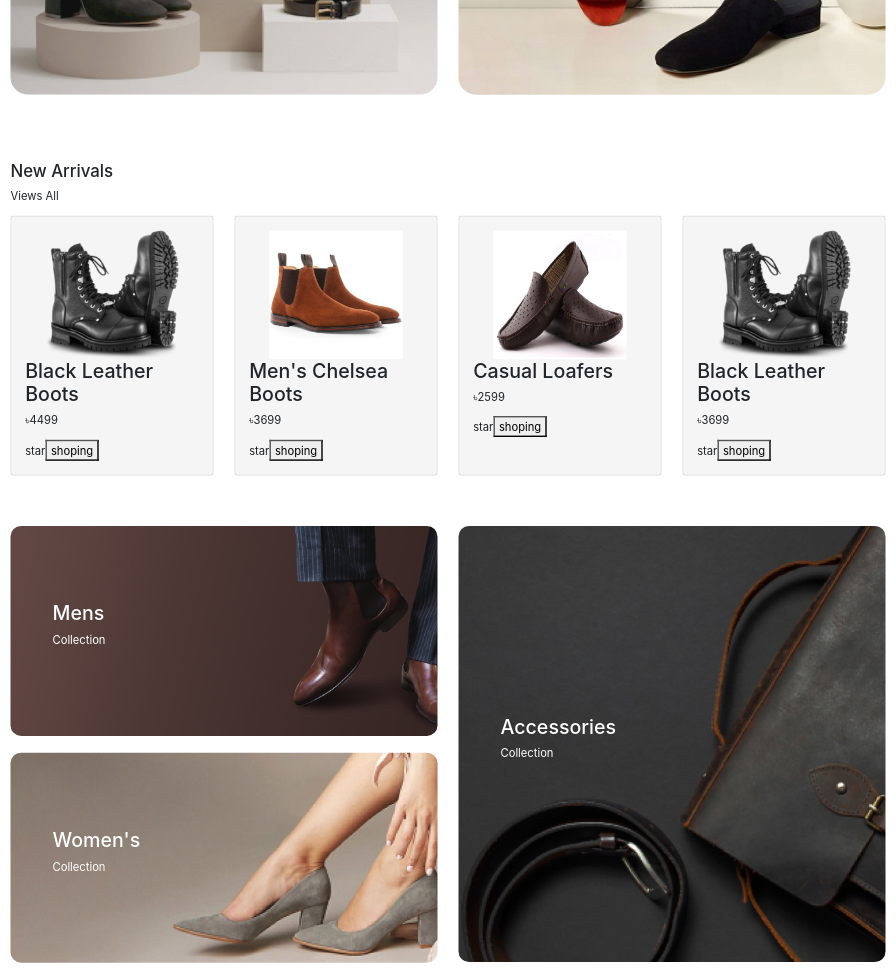
Repository: arif286/fashion-house
Page: /
The author's editor kept a copy of each file at every save. The page is drawn from the files as they stood at one save, then again after the next save.
The browser window is 1280 px wide. The pictures show the part of the page from y = 1625 to 3545 px (the page is 3025 px tall before and 3545 px after), at 70% of full size.
The project was rebuilt for these pictures with package versions that can differ from the ones it lists, and the page was loaded fresh each time. The framework's server and built-in components were replaced by stand-ins that run in the browser. Also part of the build but not shown: nuxt.config.js, components/Contact.vue, components/Footer.vue, components/NuxtLogo.vue, components/Tutorial.vue.

Above is the page before, as saved 2021-07-12 08:29:43.

### components/DisplayCollection.vue
<template>
  <div class="container">
    <div class="row">
      <div class="col-md-6 col-sm-12 col-12">
        <div class="row">
          <div class="col-12 pb-4">
            <div
              class="men-collection all-collection d-flex align-items-center"
            >
              <div class="collection-content">
                <h3>Mens</h3>
                <p>Collection</p>
              </div>
            </div>
          </div>
          <div class="col-12 pb-4">
            <div
              class="women-collection all-collection d-flex align-items-center"
            >
              <div class="collection-content">
                <h3>Women's</h3>
                <p>Collection</p>
              </div>
            </div>
          </div>
        </div>
      </div>
      <div class="col-md-6 col-sm-12 col-12">
        <div class="accessories all-collection d-flex align-items-center">
          <div class="collection-content">
            <h3>Accessories</h3>
            <p>Collection</p>
          </div>
        </div>
      </div>
    </div>
  </div>
</template>

<script></script>

<style>
.men-collection {
  background-image: url('@/assets/Images/mens.png');
  height: 300px;
}
.women-collection {
  background-image: url('@/assets/Images/women.png');
  height: 300px;
}
.accessories {
  background-image: url('@/assets/Images/accessories.png');
  height: 623px;
}
.all-collection {
  background-repeat: no-repeat;
  background-position: bottom;
  background-size: cover;
  border-radius: 15px;
}
.collection-content {
  margin-left: 60px;
}
.collection-content h3 {
  color: white;
  font-weight: 500;
}
.collection-content p {
  color: white;
}
</style>

### components/Nav.vue
<template>
  <nav class="navbar container navbar-expand-lg navbar-light">
    <div class="container-fluid">
      <div class="nav-title">
        <span>leather</span>
        <br />
        <span>brand</span>
      </div>
      <button
        class="navbar-toggler"
        type="button"
        data-bs-toggle="collapse"
        data-bs-target="#navbarSupportedContent"
        aria-controls="navbarSupportedContent"
        aria-expanded="false"
        aria-label="Toggle navigation"
      >
        <span class="navbar-toggler-icon"></span>
      </button>
      <div id="navbarSupportedContent" class="collapse navbar-collapse">
        <div class="d-flex justify-content-center w-100">
          <ul class="navbar-nav mb-2 mb-lg-0">
            <li class="nav-item">
              <a class="nav-link active" aria-current="page" href="#">Men</a>
            </li>
            <li class="nav-item">
              <a class="nav-link active" href="#">Women</a>
            </li>
            <li class="nav-item">
              <a class="nav-link active" href="#"> Accessories </a>
            </li>
            <li class="nav-item">
              <a class="nav-link active" href="#">Blogs</a>
            </li>
          </ul>
        </div>
        <div class="ml-auto">
          <ul class="navbar-nav mb-2 mb-lg-0">
            <li class="nav-item">
              <a class="nav-link active" aria-current="page" href="#">Men</a>
            </li>
            <li class="nav-item">
              <a class="nav-link" href="#">Women</a>
            </li>
            <li class="nav-item">
              <a class="nav-link active" href="#"> Accessories </a>
            </li>
            <li class="nav-item">
              <a class="nav-link active" href="#">Blogs</a>
            </li>
          </ul>
        </div>
      </div>
    </div>
  </nav>
</template>

<script></script>
<style scoped>
.nav-title {
  color: #521010;
  font-weight: 900;
  font-size: 18px;
}
.nav-title:hover {
  color: #521010;
  font-weight: bold;
}
.nav-item a {
  color: #000;
}
</style>

### components/NewCollection.vue
<template>
  <div class="container mb-5">
    <div class="row">
      <div
        v-for="item in collections"
        :key="item.id"
        class="col-md-6 col-12 mb-5"
      >
        <div class="card-content" :class="item.class">
          <div class="card-body product-details">
            <h4>{{ item.title }}</h4>
            <p>{{ item.text }}</p>
            <button>View ALL</button>
          </div>
        </div>
      </div>
    </div>
  </div>
</template>
<script>
export default {
  props: {
    collections: {
      type: Array,
      required: true,
    },
  },
}
</script>
<style>
.newArrival {
  background-image: url('@/assets/Images/newarrivals1.png');
}
.promo {
  background-image: url('@/assets/Images/promo.png');
}
.card-content {
  background-repeat: no-repeat;
  background-size: cover;
  height: 680px;
  border-radius: 25px;
  background-position: bottom;
}
.product-details {
  padding: 70px;
}
.product-details button {
  border-radius: 30px;
  width: 120px;
  padding: 7px 15px;
  border: 1px solid #333333;
  color: #333333;
  background: none;
}
.product-details h4 {
  color: #333333;
  font-weight: 700;
}
.product-details p {
  color: #333333;
}
.newArrival h4 {
  color: white;
}
.newArrival p {
  color: white;
}
.newArrival button {
  border: 1px solid white;
  color: white;
}
</style>

### components/Products.vue
<template>
  <div class="container mb-5">
    <div>
      <h4>{{ title }}</h4>
      <p>Views All</p>
    </div>

    <div class="row">
      <div
        v-for="item in products"
        :key="item.id"
        class="col-12 col-sm-6 col-md-3 mb-4"
      >
        <div class="card h-100">
          <div class="card-body">
            <div class="d-flex justify-content-center">
              <img
                class="product-img"
                :src="require(`@/assets/Images/${item.image}`)"
                alt=""
              />
            </div>
            <h3>{{ item.title }}</h3>
            <p>৳{{ item.price }}</p>
            <div>
              <span>star</span>
              <button>shoping</button>
            </div>
          </div>
        </div>
      </div>
    </div>
  </div>
</template>
<script>
export default {
  props: {
    products: {
      type: Array,
      required: true,
    },
    title: {
      type: String,
      required: true,
    },
  },
}
</script>

<style scoped>
.product-img {
  width: 190px;
  height: 184px;
}
.card {
  background-color: #f5f5f5;
}
</style>

### components/Service.vue
<template>
  <div class="container mb-5">
    <div class="row">
      <div
        v-for="service in services"
        :key="service.id"
        class="col-md-4 col-12 mb-5"
      >
        <div class="d-flex justify-content-center">
          <div class="service-box text-center">
            <img :src="require(`@/assets/Images/${service.image}`)" alt="" />
            <h5>{{ service.title }}</h5>
            <p>{{ service.text }}</p>
          </div>
        </div>
      </div>
    </div>
  </div>
</template>

<script>
export default {
  props: {
    services: { type: Array, required: true },
  },
}
</script>
<style>
.service-box {
  width: 250px;
}
</style>

### components/Slider.vue
<template>
  <div class="container mb-5">
    <div
      id="carouselExampleIndicators"
      class="carousel slide"
      data-bs-ride="carousel"
    >
      <div class="carousel-indicators">
        <button
          type="button"
          data-bs-target="#carouselExampleIndicators"
          data-bs-slide-to="0"
          class="active"
          aria-current="true"
          aria-label="Slide 1"
        ></button>
        <button
          type="button"
          data-bs-target="#carouselExampleIndicators"
          data-bs-slide-to="1"
          aria-label="Slide 2"
        ></button>
      </div>
      <div class="carousel-inner">
        <div class="carousel-item active d-flex align-items-center">
          <div class="slider-content">
            <p>20+ Design Variations</p>
            <h1>
              Premium
              <br />
              Oxford Collection
            </h1>
            <button>View All</button>
          </div>
        </div>
        <div class="carousel-item">
          <div class="slider-content">
            <p>20+ Design Variations</p>
            <h1>
              Premium
              <br />
              Oxford Collection
            </h1>
            <button>View All</button>
          </div>
        </div>
      </div>
    </div>
  </div>
</template>

<script></script>
<style>
.carousel-item {
  background-image: url('@/assets/Images/hero1.png');
  background-repeat: no-repeat;
  width: 100%;
  background-size: cover;
  height: 687px;
  border-radius: 30px;
}
.slider-content {
  margin-left: 80px;
}
.slider-content h1 {
  color: #333333;
  font-weight: 700;
}
.slider-content button {
  border-radius: 30px;
  width: 120px;
  padding: 7px 15px;
  border-color: #521010;
  color: #521010;
}
</style>

### pages/index.vue
<template>
  <div>
    <Nav />
    <Slider />
    <Service :services="serviceData" />
    <NewCollection :collections="collections" />
    <Products title="New Arrivals" :products="products" />
    <DisplayCollection />
  </div>
</template>

<script>
import { serviceData, newCollectionData, productsData } from '@/assets/data.js'
export default {
  data() {
    return {
      serviceData,
      collections: newCollectionData,
      products: productsData,
    }
  },
}
</script>
<style>
@import url('https://fonts.googleapis.com/css2?family=Roboto:ital,wght@0,100;0,300;0,400;0,500;0,700;0,900;1,100;1,300;1,400;1,500;1,700;1,900&display=swap');

.body {
  font-family: 'Roboto', sans-serif;
}
.container {
  max-width: 1880px;
}
</style>

### assets/data.js
export const serviceData = [
  {
    id: 1,
    image: 'delivery.svg',
    title: 'Countrywide Shipping',
    text: 'Lorem ipsum dolor sit amet, consectetur adipiscing elit. Ac fermentum eu.',
  },
  {
    id: 2,
    image: 'call-center.svg',
    title: 'Premium Support',
    text: 'Lorem ipsum dolor sit amet, consectetur adipiscing elit. Ac fermentum eu.',
  },
  {
    id: 3,
    image: 'return.svg',
    title: '29 Days Return',
    text: 'Lorem ipsum dolor sit amet, consectetur adipiscing elit. Ac fermentum eu.'
  }
]

export const newCollectionData = [
  {
    id: 2,
    class: 'newArrival',
    title: 'Black Leather Combo!',
    text: 'Lorem ipsum dolor sit amet, consectetur adipiscing elit. Ac fermentum eu.',
  },
  {
    id: 3,
    class: 'promo',
    title: 'Black Leather Combo!',
    text: 'Lorem ipsum dolor sit amet, consectetur adipiscing elit. Ac fermentum eu.',
  }
]

export const productsData = [
  {
    id: 1,
    image: 'boot.png',
    title: 'Black Leather Boots',
    price: 4499,
    rating: 4,
  },
  {
    id: 2,
    image: 'image1.png',
    title: "Men's Chelsea Boots",
    price: 3699,
    rating: 3,
  },
  {
    id: 3,
    image: 'image2.png',
    title: 'Casual Loafers',
    price: 2599,
    rating: 4,
  },
  {
    id: 4,
    image: 'boot.png',
    title: 'Black Leather Boots',
    price: 3699,
    rating: 5,
  },
]

After the next save:
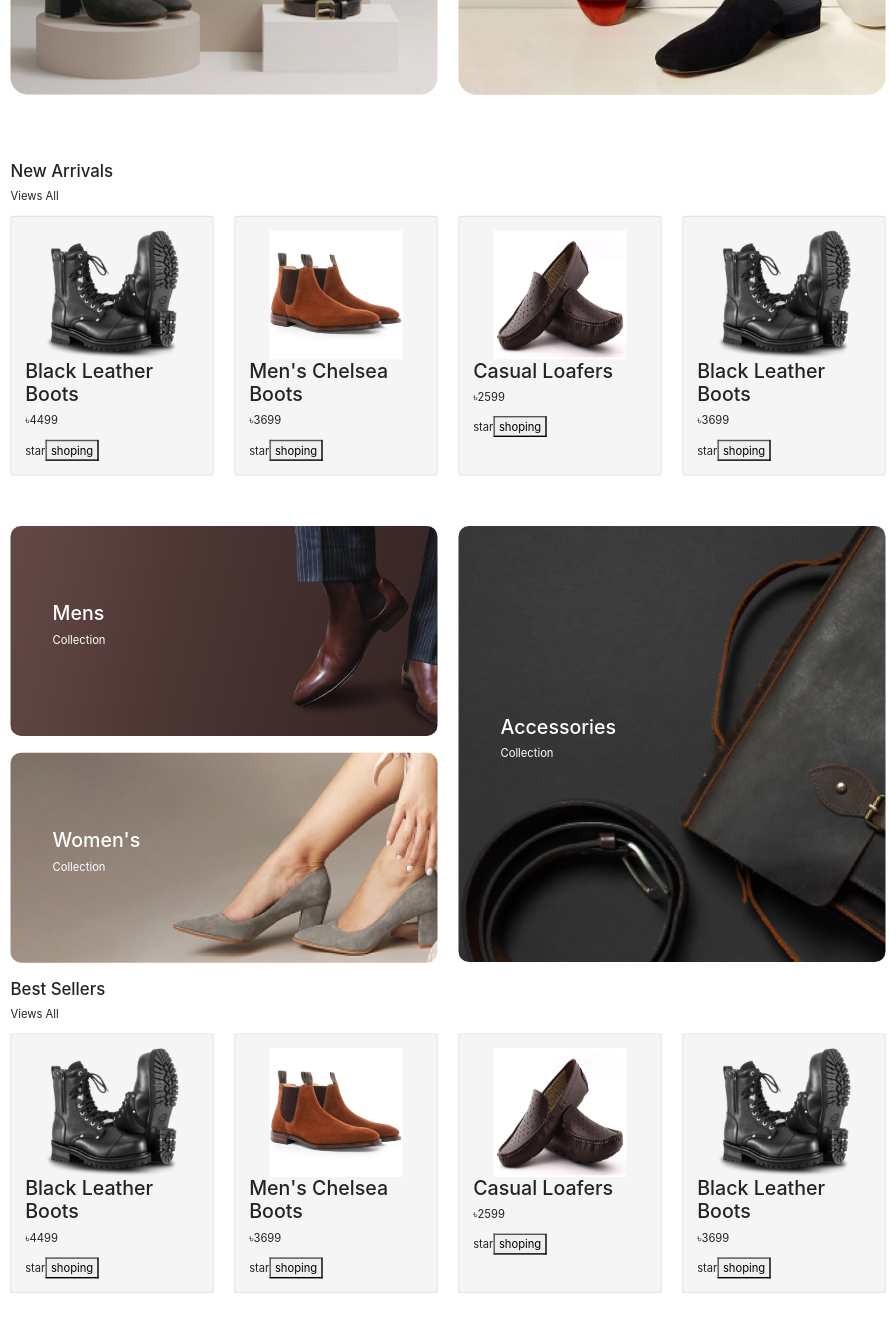
Saved 60 s later.
--- a/pages/index.vue
+++ b/pages/index.vue
@@ -6,6 +6,7 @@
     <NewCollection :collections="collections" />
     <Products title="New Arrivals" :products="products" />
     <DisplayCollection />
+    <Products title="Best Sellers" :products="products" />
   </div>
 </template>
 
